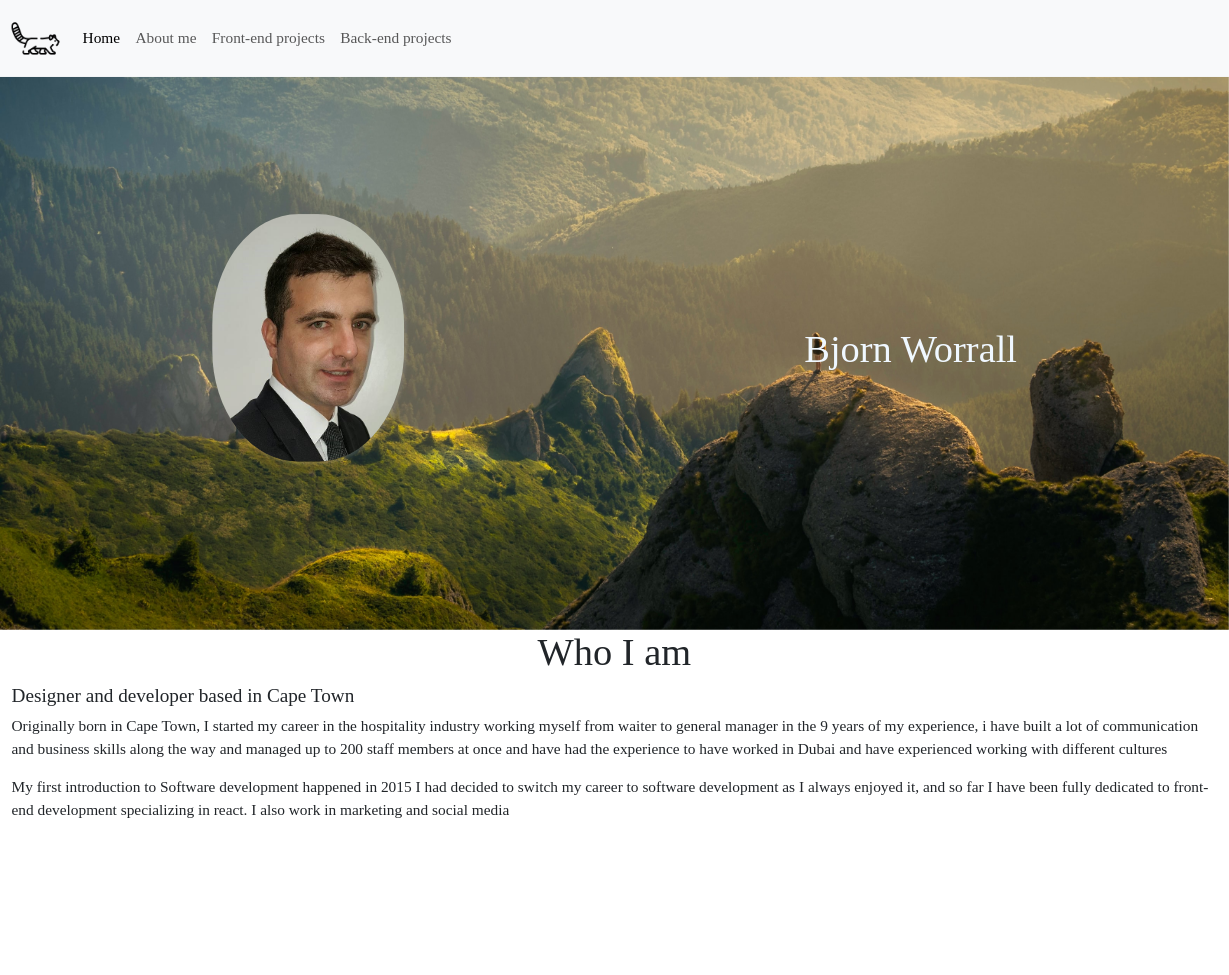
Repository: lasity34/portfolio
Page: index.html
These files come from the project's save history. The page is drawn as it stood at one moment and after the next save; the edit follows.
The browser window is 1280 px wide. The pictures show the whole page, at 96% of full size.
Backgrounds fixed to the window are drawn as part of the page. Some web fonts or font styles are not loaded; a fallback is used.

Above is the page before, as saved 2023-03-13 16:26:47.

After the next save:
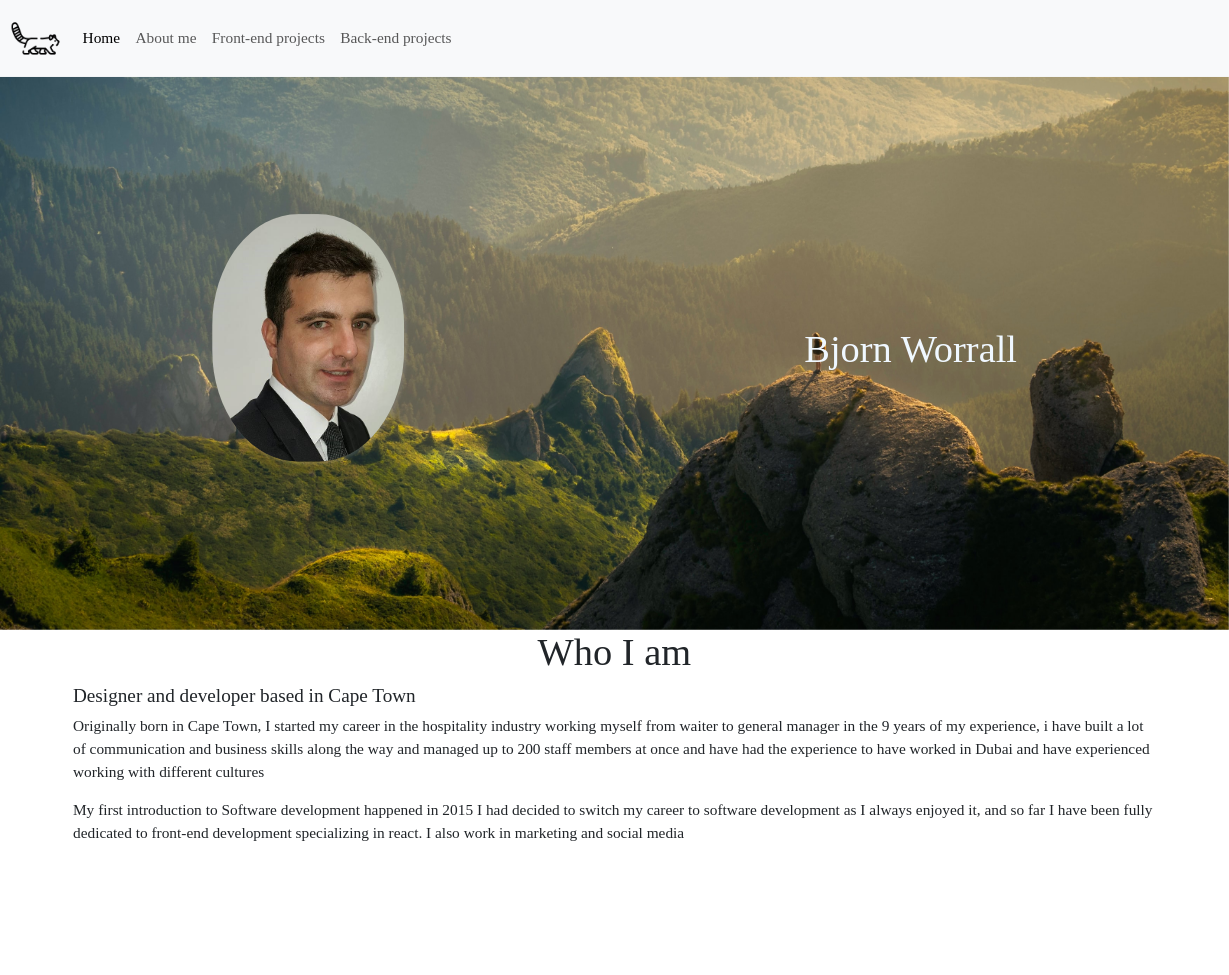
Saved 15 s later.
--- a/styles.css
+++ b/styles.css
@@ -50,6 +50,7 @@ body, html {
 
 .about_container {
     height: 50vh;
+    max-width: 90%;
 }
 
 
